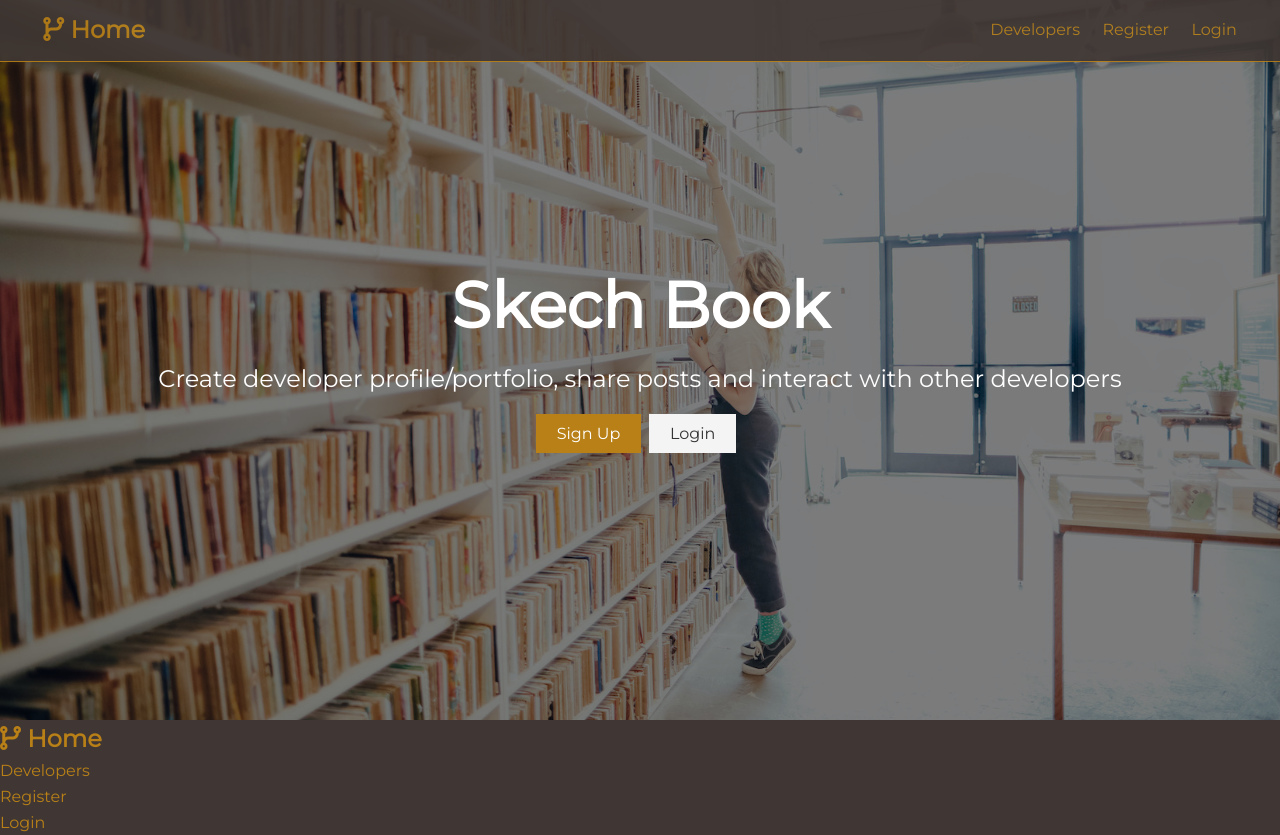
Repository: devnight0913/skechbook
Page: / (app in client/)
An editor plug-in stored every save of this project. The page is shown before and after the next save, followed by the edit.
The browser window is 1280 px wide. The pictures show the whole page.
Some web libraries are served in a nearby version. The project was rebuilt for these pictures with package versions that can differ from the ones it lists, and the page was loaded fresh each time. Also part of the build but not shown: client/src/components/auth/Login.js, client/src/components/auth/Register.js, client/src/components/dashboard/DashboardActions.js, client/src/actions/profile.js, client/src/utils/formatDate.js, client/src/components/dashboard/Experience.js, client/src/components/dashboard/Education.js, client/src/components/dashboard/Dashboard.js and 21 more.

Above is the page before, as saved 2023-07-23 11:22:35.

After the next save:
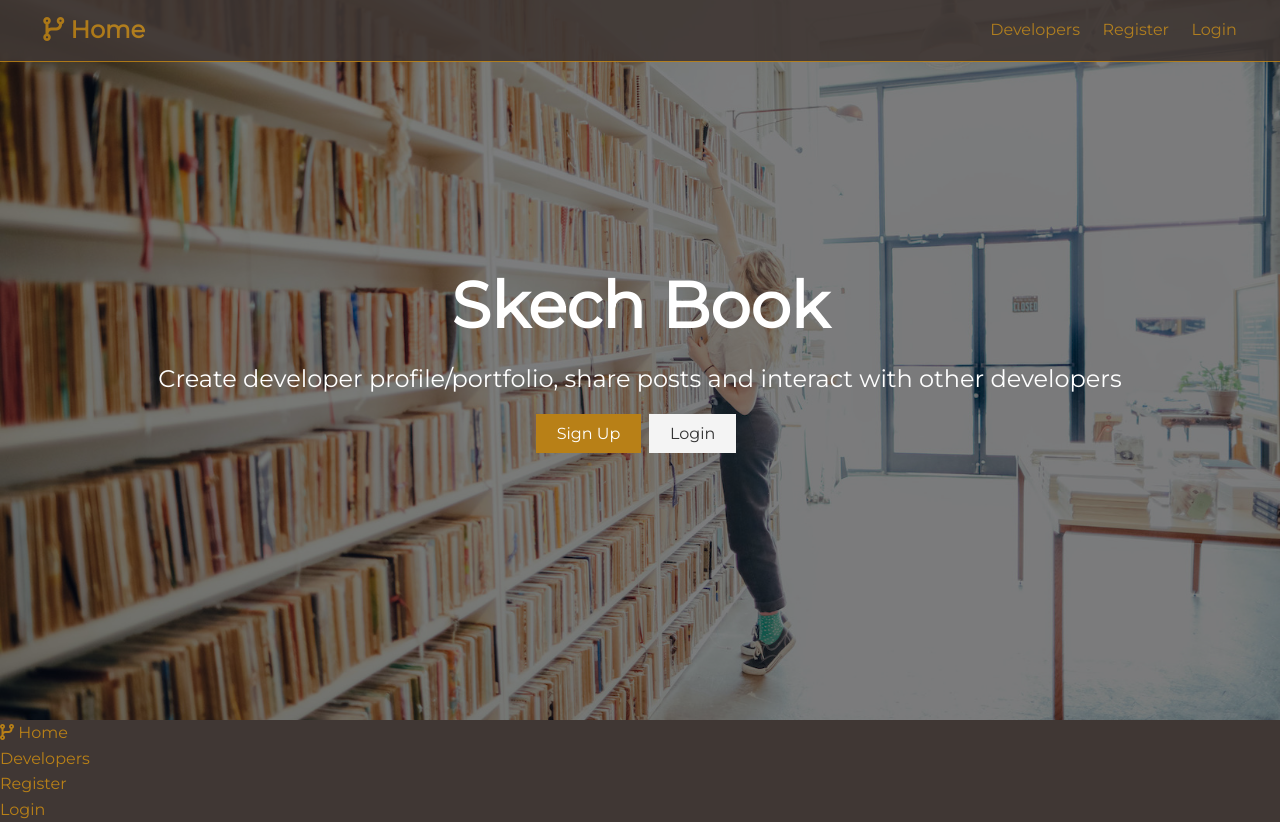
Saved 11 min 53 s later.
--- a/client/src/components/layout/Footer.js
+++ b/client/src/components/layout/Footer.js
@@ -1,28 +1,27 @@
-import { Link } from 'react-router-dom';
+import { Link } from "react-router-dom";
 
 const Footer = () => {
+  return (
+    <div className="bg-dark">
+      <ul>
+        <li>
+          <Link to="/">
+            <i className="fas fa-code-branch" /> Home
+          </Link>
+        </li>
+        <li>
+          <Link to="/profiles">Developers</Link>
+        </li>
 
-  return (
-    <nav className='bg-dark'>
-      <h1>
-        <Link to='/'>
-          <i className='fas fa-code-branch' /> Home
-        </Link>
-      </h1>
-      <ul>
-      <li>
-        <Link to='/profiles'>Developers</Link>
-      </li>
+        <li>
+          <Link to="/register">Register</Link>
+        </li>
 
-      <li>
-        <Link to='/register'>Register</Link>
-      </li>
-
-      <li>
-        <Link to='/login'>Login</Link>
-      </li>
-    </ul>
-    </nav>
+        <li>
+          <Link to="/login">Login</Link>
+        </li>
+      </ul>
+    </div>
   );
 };
 
